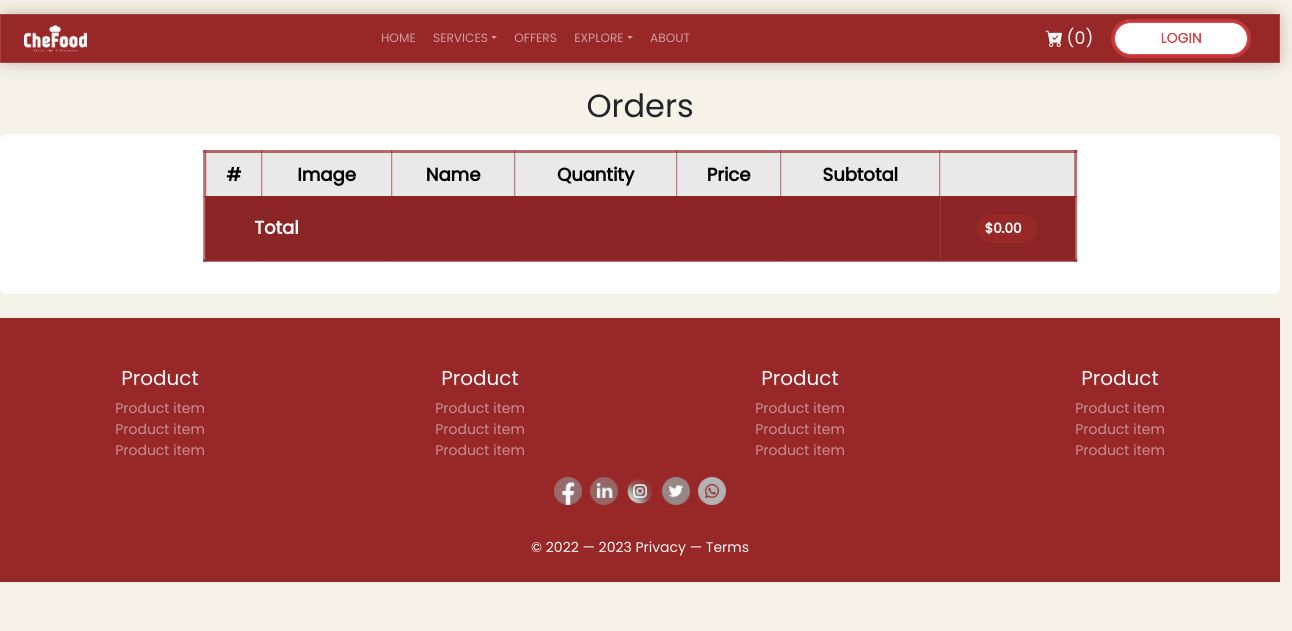
Repository: qamchamine/chefood
Page: /cart (app in front-end/)
The author's editor kept a copy of each file at every save. The page is drawn from the files as they stood at one save, then again after a run of saves.
The browser window is 1280 px wide. The page is 1292 px wide, so the pictures cover 1292 px, including what lies to the right of the window. The pictures show the whole page.
The project was rebuilt for these pictures with package versions that can differ from the ones it lists, and the page was loaded fresh each time. Some packages were replaced by stand-ins written for this rebuild. Also part of the build but not shown: front-end/src/css/products.css, front-end/src/components/small_components/ProductCard.jsx, front-end/src/components/small_components/AddProduct.jsx, front-end/src/components/pages/sub-pages/Products.jsx, front-end/src/components/small_components/ButtonMain.jsx, front-end/src/components/small_components/HomeCard.jsx, front-end/src/components/small_components/HomeCardFullSection.jsx, front-end/src/components/pages/Home.jsx and 33 more. Imported but missing from the stored project, and not drawn on this page: front-end/src/sounds/applause.mp3, front-end/src/sounds/wheel.mp3.

Above is the page before, as saved 2023-06-25 20:34:58.

### front-end/public/index.html
<!DOCTYPE html>
<html lang="en">
  <head>
    <meta charset="utf-8" />
    <link rel="icon" href="%PUBLIC_URL%/favicon.ico" />
    <meta name="viewport" content="width=device-width, initial-scale=1" />
    <meta name="theme-color" content="#000000" />
    <meta
      name="description"
      content="Web site created using create-react-app"
    />
    <link
    rel="stylesheet"
    href="https://fonts.googleapis.com/css?family=Roboto:400,700"
  />
  <link rel="stylesheet" href="https://cdn.jsdelivr.net/npm/bootstrap-icons@1.10.5/font/bootstrap-icons.css">

    <link rel="apple-touch-icon" href="%PUBLIC_URL%/logo192.png" />
    <link rel="manifest" href="%PUBLIC_URL%/manifest.json" />

    <link rel="stylesheet" href="https://fonts.googleapis.com/icon?family=Material+Icons">

    <link rel="stylesheet" href="https://maxcdn.bootstrapcdn.com/font-awesome/4.7.0/css/font-awesome.min.css">
    <script src="https://code.jquery.com/jquery-3.5.1.min.js"></script>
    <script src="https://cdn.jsdelivr.net/npm/popper.js@1.16.0/dist/umd/popper.min.js"></script>




    <title>React App</title>
  </head>
  <body>

    <div id="root"></div>
<!--     <script src="jquery/jquery-3.6.0.js"></script>  -->
    <script src="https://unpkg.com/sweetalert/dist/sweetalert.min.js"></script>

  </body>
</html>

### front-end/src/config/ShoppingContext.jsx

  import React, { createContext, useState, useEffect } from 'react';
  import Swal from 'sweetalert2'
  import axios from 'axios';

   const ShoppingContext = createContext();

const ShoppingProvider = ({ children }) => {
/*     const [orders,setOrders] = useState([])
     */

/*       function removeFromCart(item){
        setCartItems(cartItems.filter(product => product.id !== item.id));
        Swal.fire({
          position: 'top-end',
          icon: 'success',
          title: 'Your item has been removed',
          showConfirmButton: false,
          timer: 1500
        });
      } */

      return (
    <ShoppingContext.Provider value={
        { /* orders,setOrders */
          /* products,  cartItems, removeFromCart */
        }
      }>      {children}
    </ShoppingContext.Provider>
  );
};
export { ShoppingContext, ShoppingProvider }

### front-end/src/components/Footer.jsx
import React, { useEffect } from 'react'

import Facebook from '../images/icons/facebook.png'
import Linkedin from '../images/icons/linkedin.png'
import Instagram from '../images/icons/instagram.png'
import Twitter from '../images/icons/twitter.png'
import Whatsapp from '../images/icons/whatsapp.png'
import './../css/nav-footer.css';
export default function Footer() {

    return (
        <div className='footer container-fluid' style={{ background: '#982727' }}>
            <footer className=' py-2 pt-5 d-grid text-light'>
                <div className='row justify-content-around text-center '>
                    <div className='d-grid col-6 col-sm-12 col-md-6 col-lg-4 col-xl-3'>
                        <h5>Product</h5>
                        <a className='text-decoration-none text-light opacity-50' href="">Product item</a>
                        <a className='text-decoration-none text-light opacity-50' href="">Product item</a>
                        <a className='text-decoration-none text-light opacity-50' href="">Product item</a>
                    </div>
                    <div className='d-grid col-6 col-sm-12 col-md-6 col-lg-4 col-xl-3'>
                        <h5>Product</h5>
                        <a className='text-decoration-none text-light opacity-50' href="">Product item</a>
                        <a className='text-decoration-none text-light opacity-50' href="">Product item</a>
                        <a className='text-decoration-none text-light opacity-50' href="">Product item</a>
                    </div>
                    <div className='d-grid col-6 col-sm-12 col-md-6 col-lg-4 col-xl-3'>
                        <h5>Product</h5>
                        <a className='text-decoration-none text-light opacity-50' href="">Product item</a>
                        <a className='text-decoration-none text-light opacity-50' href="">Product item</a>
                        <a className='text-decoration-none text-light opacity-50' href="">Product item</a>
                    </div>
                    <div className='d-grid col-6 col-sm-12 col-md-6 col-lg-4 col-xl-3'>
                        <h5>Product</h5>
                        <a className='text-decoration-none text-light opacity-50' href="">Product item</a>
                        <a className='text-decoration-none text-light opacity-50' href="">Product item</a>
                        <a className='text-decoration-none text-light opacity-50' href="">Product item</a>
                    </div>
                </div>
                <div className='footer-icons row justify-content-center py-3 '>
                    <div className='d-flex gap-2 justify-content-center'>
                        <a href=""> <img src={Facebook} className='footer-icon' alt="" /> </a>
                        <a href=""> <img src={Linkedin} className='footer-icon' alt="" /> </a>
                        <a href=""> <img src={Instagram} className='footer-icon' alt="" /> </a>
                        <a href=""> <img src={Twitter} className='footer-icon' alt="" /> </a>
                        <a href=""> <img src={Whatsapp} className='footer-icon' alt="" /> </a>

                    </div>
                </div>
                <div className='row justify-content-center py-3'>
                    © 2022 — 2023 Privacy — Terms
                </div>
            </footer>
        </div>

    )
}

### front-end/src/components/small_components/shopping/Cart.jsx
import React,{useContext ,useEffect, useState} from 'react';
import axios from 'axios';
import '../../../css/cart.css'
import { ShoppingContext } from '../../../config/ShoppingContext';
import { LoginContext } from '../../../config/LoginContext';
import { getProd } from '../../pages/sub-pages/Products';
export default function Cart() {
    const {orders, setOrders} = useContext(LoginContext);
    const {prod, setProd} = useContext(LoginContext);
    const {userData, setUserData} = useContext(LoginContext);
    const {isLoggedIn} = useContext(LoginContext);
    const {loading, setLoading} = useContext(LoginContext);
    const [userOrders, setUserOrders] = useState([]);

/* useEffect(() => {
  setUserOrders(orders.filter(el=>el.user_id === 1))

  console.log(userOrders);
},[]); */

    return (
        <div className="row my-4 cart-page ">
            <h2 className='text-center'>Orders</h2>
            <div className="col-md-12">
                <div className="card">
                    <div className="card-body">
                        <table className="table table-light ajouterPanierTable table-bordered">
                            <thead>
                                <tr>
                                    <th >#</th>
                                    <th >Image</th>
                                    <th >Name</th>
                                    <th >Quantity</th>
                                    <th >Price</th>
                                    <th>Subtotal</th>
                                    <th ></th>
                                </tr>
                            </thead>
                            <tbody>
                            { isLoggedIn?orders.map((item,i) => (
                                    <tr key={item.id}>

                                        <th scope="row">{i+1}</th>
                                        <td>
                {/*                             <img src={require(`../../../images/products/${prod.find(el=>el.id==item.product_id).category} (${prod.find((el,i)=>el.id===item.product_id).img}).png`)} alt={item.product_name}
                                                className="img-fluid rounded"
                                                width={60} height={60} /> */}
                                        </td>
                                        <td>{item.product_name}</td>
                                        <td>

                                            <b className="mx-2">
                                                {item.product_quantity}
                                            </b>

                                        </td>
                                        <td>{prod.find((el,i)=>el.id===item.product_id).price} <b>MAD</b> </td>
                                       <td>{(item.product_quantity * prod.find((el,i)=>el.id===item.product_id).price).toFixed(2)} MAD</td>
                                        <td>
                                            <i
                                                className="bi bi-cart-x text-danger"
                                                style={{cursor: 'pointer'}}
                                          /*       onClick={() => removeFromCart(item)} */
                                            ></i>
                                        </td>
                                    </tr>
                                )): ''
                            }
                            <tr className='cart-footer'>
                                <th  colSpan={6} className="text-start ps-5 text-light" style={{background:'#982727'}}>
                                    Total
                                </th>
                                <th style={{background:'#982727'}} colSpan={1} className=" py-3 text-light">
                                    <span style={{background:'#982727'}} className="badge text-center p-2 rounded-pill pe-3"
                                    >
                                        $
                                        {
                                            orders.reduce((acc,item) => acc += item.product_quantity * prod.find((el,i)=>el.id===item.product_id).price,0).toFixed(2)
                                        }
                                    </span>
                                </th>
                            </tr>
                            </tbody>
                        </table>
                    </div>
                </div>
            </div>
        </div>
    )
}

### front-end/src/css/home.css
.homeBG {
    height: fit-content;
    position: relative;
    right: -10%;
    top: 34%;
    z-index: -1;
    width: 100em !important;


}
@font-face {
    font-family: 'poppin';
    src: url('../fonts/Poppins/Poppins-Regular.ttf') ;
    font-weight: normal;
    font-style: normal;
  }
body {
    font-family:'poppin', sans-serif !important;
    background-color: #F7F2E7 !important;
    max-width: 100vw;
    font-weight: normal !important;
    overflow-x: hidden;
    font-size: 14px !important;
}

body::-webkit-scrollbar {
    width: 0;
}

.nb {
/*     position: fixed; */
/*     top: 1em; */
    background-color: #982727 !important;
    box-shadow: 0 0px 20px #1f020241;
    border: 1px solid #ffffff22;
}

.navbar {
    background-color: #982727 !important;
}

.changeColor {
    background-color: blue !important;
}

.signUP {
    background: white !important;
    color: #982727 !important;
    font-weight: bold !important;
    outline: 5px solid #982727ab;
    outline-offset: -2px;
    transition: 500ms ease;


}

.homeContent {
    height: 90vh;
    z-index: 0;
    margin-top: -1.5em !important;
}

.homeContent h1 {
    color: #F7F2E7;
    text-align: start;
width: 40vw !important;
}

.homeContent h1 span {
    position: relative;
    display: inline-block;
    margin-bottom: 10px;
    padding: 4px 20px 8px;
    transition: 1s ease;
}

.homeContent h1 span::before {
    content: '';
    position: absolute;
    background: #982727;
    left: 0;
    top: 0;
    z-index: -1;
    width: 100%;
    height: 100%;
    transform: skew(-10deg);
}

.homeContent h1 span:last-child::before {
    transform: skew(10deg);
}

.homeContent p {
    width: 72%;
    color: #982727;
    text-align: left;
}

.homeContent .homeMainButtons {
    width: 72%;
}

.cardBtn {
    transition: 1s ease;
}

.cardBtn:hover {
    filter: brightness(130%);

}

.cardBtn i {
    left: 63%;
    transition: 300ms ease;
}

.cardBtn:hover i {
    left: 75%;
}

.btnMain:hover {
    filter: brightness(130%);
}

.card-img-top {
    object-fit: cover;
}

.signUP:hover {

    background: #982727 !important;
    color: white !important;
    font-weight: bold !important;
    outline: 5px solid #ffffff55;
    outline-offset: -4px;
}

.cardsGroup:not(:first-child) {
    translate: 50% 0;
}

.arrow-1-1 {
    position: absolute;
    top: 50%;
    left: 0;
}

.home .carousel-control-prev-icon,
.home .carousel-control-next-icon {

    width: 1.3em;
    height: 1.3em;
    color:black !important;

    outline: 12px solid #982929;
    outline-offset: -1px;
    background-color: #982929;
    background-size: 100%, 100%;
    border-radius: 50%;
    box-shadow: 0 0 10px black;
}

.home .carousel-control-prev,
.home .carousel-control-next {
    z-index: 10;
    width: 4em !important;
/*     background: red; */

}

/* .py-4 {
    padding-top: 0rem !important;
    padding-bottom: 0rem !important;
} */

.nb{
    zoom:87%;
}

### front-end/src/css/cart.css
.ajouterPanierTable td{
    font-size: .9em;
    width: fit-content !important;
    text-align: center;
}
.ajouterPanierTable th{
    width: fit-content !important;
    text-align: center;
    background: rgba(0, 0, 0, 0.088) !important;
}
.ajouterPanierTable .cart-footer{
    background: #982727 !important;
    vertical-align: middle !important;
}

.ajouterPanierTable {
width: 70% !important;
position: relative;
left: 50%;
translate: -50% 0;
border: .2em solid #982727aa !important;
}
.cart-page .card {
    box-shadow:none;
}

### front-end/src/css/Reviews.css
.Reviews-color
{
  color : #982727;
  text-transform: uppercase;
  letter-spacing: 0.5em;
}
.Reviews-paragraph
{
  font-size: 0.8em;
}
.parent-card{
    margin-top:50px !important;
}
.card
{
    border: none !important;
    box-shadow: 0 4px 8px 0 rgba(0, 0, 0, 0.2), 0 6px 20px 0 rgba(0, 0, 0, 0.19);
}
.user-name
{
    color : #000D7E;
}
.description
{
    color: #982727;
    font-size: 0.75em;
}
.comment{
    margin:5px;
    font-size:0.55em;
}
.reviewCardImage{
    margin-top:16px;
}
.reviewCard:hover .reviewCardImage{
    scale:1.2;
    margin-inline:.3em;
}
.reviewCard:hover .reviewCardImage{
    transition:300ms ease;
}
.reviewCard:hover .hoverstar{
    scale:1.2;
    margin-inline:.3em;
}
.reviewCard .hoverstar{
    transition:300ms ease;
}
.reviewCardImage{
    width:40%;
    transition:300ms ease;
}

.reviewCard strong{
    left:50%;
    translate:-50% 0;
    width:100%;
    bottom:.9em;
}

.the-bottom-page{
    margin-top:25px;
    position: absolute;
    left: auto;
    right: 0;
}

@media (max-width: 1200px) { /* Extra large devices (large desktops, 1200px and up) */
    .card {
      width: 100%;
    }
    .col-4 {
      width: 33.33333333%;
    }
    strong img{
        width: 19px;
    }
  }
  @media (max-width: 1118px) { /* Large devices (desktops, 992px and up) */
    .card {
      width: 100%;
    }
    .col-4 {
        width: 33.33333333%;
    }
    strong img{
        width: 16px;
    }
  }
  @media (max-width: 992px) { /* Medium devices (tablets, 768px and up) */
    .card {
        width: 140%;
    }
  }
  @media (max-width: 770px) { /* Medium devices (tablets, 768px and up) */
    .card {
        width: 95%;
    }
    .col-4 {
        width: 25% !important;
    }
    .parent-card
    {
        --bs-gutter-x: 0.5rem;
        display: grid !important;
        grid-template-columns: repeat(2, 1fr);
    }
    .col-4 {
        margin-top:10px !important;
        width: 60% !important;
    }
  }
  @media (max-width: 716px) { /* Small devices (landscape phones, 576px and up) */

    .card {
        width: 95%;
    }
        strong img{
        width: 16px;
    }
  }
  @media only screen and (max-width: 576px){ /* Small devices (landscape phones, 576px and up) */

    .card {
        width: 95%;
    }
    .col-md-2 {
        flex: 0 0 16.666667%;
        max-width: 16.666667%;
    }
    strong img{
        width: 16px;
    }
  }

  @media only screen and (max-width: 528px){ /* Small devices (landscape phones, 576px and up) */

    .card {
        width: 70%;
        margin-left:30px;
    }
    .parent-card
    {
        --bs-gutter-x: 0.5rem;
        display: grid !important;
        grid-template-columns: repeat(1, 1fr);
    }
    .col-md-2 {
        flex: 0 0 16.666667%;
        max-width: 16.666667%;
    }
    strong img{
        width: 16px;
    }
  }

  @media only screen and (max-width: 365px){ /* Small devices (landscape phones, 576px and up) */

    .card {
        width: 80%;
        margin-left:20px;
    }
    .parent-card
    {
        --bs-gutter-x: 0.5rem;
        display: grid !important;
        grid-template-columns: repeat(1, 1fr);
    }
    .col-md-2 {
        flex: 0 0 16.666667%;
        max-width: 16.666667%;
    }
    strong img{
        width: 16px;
    }
  }

### front-end/src/css/location.css
@import url('https://fonts.googleapis.com/css2?family=Roboto:wght@100&display=swap');

.location-color
{
  color : #982727;
  text-transform: uppercase;
  letter-spacing: 0.3em;
}
.where-restorant
{
    width: 459px;
    margin:auto;
}
.restorant-location-title{
    font-family: 'Century Gothic';
    font-size:32px;
    font-weight:400;
}
.restorant-location-line{
    background:#B12222;
    height: 3px;
    width: 450px;
    display: inline-block;
    margin: 15px auto;
}
.restorant-location-p
{
    color:#000000 75%;
    font-size: 15px;
    font-weight: 400;
    font-family: 'Roboto', sans-serif;
}
.main-location{
    display: grid !important;
    grid-template-columns: repeat(2, 1fr);
    flex-direction: column;
    justify-content: center;
    align-items: center;
    text-align:center;
}
.restorant-location-btn{
    background-color: #B12222;
    border: none;
    width: 300px;
    height: 40px;
    border-radius: 15px;
    color: #fff;
}
.restorant-location-btn:hover{
    background-color: #fff;
    border: 2px solid #B12222;
    border-radius: 15px;
    color: #B12222;
}
.location-icon{
    margin-right: 15px;
}


  @media (max-width: 1123px) { /* Extra large devices (large desktops, 1200px and up) */
    .earth-image img{
        width: 450px;
    }
  }
  @media (max-width: 992px) { /* Medium devices (tablets, 768px and up) */
    .earth-image img{
        width: 400px;
    }
    .where-restorant {
        width: 400px;
        margin: auto;
    }
    .restorant-location-line{
        width: 350px;
        display: inline-block;
    }
  }
  @media (max-width: 868px) { /* Medium devices (tablets, 768px and up) */

    .earth-image img{
        width: 380px;
    }
    .where-restorant {
        width: 380px;
        margin: auto;
    }
    .restorant-location-line{
        width: 320px;
        display: inline-block;
    }
    .restorant-location-p{
        font-size: 13px;
    }
    .restorant-location-title{
        font-size:28px;
    }

  }
  @media (max-width: 783px) { /* Small devices (landscape phones, 576px and up) */
    .earth-image img{
        margin-top: 30px;
        width: 380px;
    }
    .where-restorant {
        width: 380px;
        margin: auto;
    }
    .restorant-location-line{
        width: 320px;
        display: inline-block;
    }
    .restorant-location-p{
        font-size: 15px;
    }
    .restorant-location-title{
        font-size:32px;
    }
    .main-location{
        display: grid !important;
        grid-template-columns: repeat(1, 1fr);
        justify-items: center;
        text-align:center;
    }
  }
  @media(max-width: 401px){ /* Small devices (landscape phones, 576px and up) */
    .earth-image img{
        width: 330px;
        margin-top: 30px;
    }
    .where-restorant {
        width: 330px;
        margin: auto;
    }
    .restorant-location-line{
        width: 320px;
        display: inline-block;
    }
    .restorant-location-p{
        font-size: 13px;
    }
    .restorant-location-title{
        font-size:28px;
    }
    .main-location{
        display: grid !important;
        grid-template-columns: repeat(1, 1fr);
        justify-items: center;
        text-align:center;
    }
  }

### front-end/src/css/Timer.css

@import url(https://fonts.googleapis.com/css?family=Titillium+Web:400,200,200italic,300,300italic,900,700italic,700,600italic,600,400italic);

/* .timer {
  font-family: 'Titillium Web', cursive;
  width: 800px;
  margin: 0 auto;
  text-align: center;
  color: white;
  background: #222;
  font-weight: 100;
} */

.timer {
  display: inline-flex;
  line-height: 1;
  padding: 20px;
  font-size: 40px;
  font-family: 'Times New Roman', cursive;


}
.timerD{
    border-radius: 2px;
    padding: 5px;
    font-size: 10px;
    border: 70px rgb(131, 55, 55);
    box-shadow:2px 2px 4px rgba(0, 0, 0, 0.4), 4px 4px 8px rgba(0, 0, 0, 0.2);
}

.Stime {
  display: block;
  font-size: 20px;
  color: rgb(206, 178, 19);

}

#days {
  font-size: 80px;
  color: rgb(92, 25, 5);
  background-color:rgb(230, 230, 234);

  margin: 15px;
}
#hours {
  font-size: 80px;
  color: rgb(92, 25, 5);
  background-color:rgb(230, 230, 234);
  margin: 15px;
}
#minutes {
  font-size: 80px;

  color: rgb(92, 25, 5);
  background-color:rgb(230, 230, 234);
  margin: 15px;
}
#seconds {
  font-size: 80px;
  color: rgb(92, 25, 5);
  background-color:rgb(230, 230, 234);
  margin: 15px;
}

### front-end/src/css/delivery.css
.price {
    background: #982727;
    color: white;
    text-align: center;
    padding-block: 1em;
    border-radius: .5em;
}

.delivery-page .card {
    transition: 300ms ease;
    user-select: none;
}

.delivery-page .card ul {
    list-style-type: none;
}

.delivery-page .card:hover {
    filter: contrast(120%);
    cursor: pointer;
    outline: .3em solid #982727;
    box-shadow: 0 .4em 0px .3em #982727 !important;
}

.delivery-page {
    height: fit-content;
    display: flex;
    align-items: center;
    margin-top: 8em !important;
}
.scroll-bar-activated::-webkit-scrollbar {
    display: block !important;
    background: rgba(255, 0, 0, 0) !important;
    width: 1em !important;
}
.scroll-bar-activated{
    overflow: overlay !important;

}
.scroll-bar-activated::-webkit-scrollbar-thumb {
    display: block !important;
    background: linear-gradient(to bottom,transparent 0% 23%,#982727 20% 70%,transparent 50% 100%) !important;
    z-index: 10000000 !important;
    width: 10px !important;
}

.delivery-page>div {
    height: fit-content;
    position: relative;

}

.delivery-page>div:last-child h5 img {
    height: 11em;
}

h1.section-2{
    margin-top: 4em ;
}
.cards2{
    margin-bottom: 5em ;
}
h1{
    text-transform: uppercase;
    color: #6a2626;;
}

Loaded but not shown: front-end/src/index.css (common file); front-end/src/config/LoginContext.js (93 lines, source omitted); front-end/src/App.js (42 lines, source omitted); front-end/src/index.js (24 lines, source omitted); front-end/src/css/reservation.css (400 lines, source omitted); front-end/src/components/Navbar.jsx (179 lines, source omitted); front-end/src/css/nav-footer.css (258 lines, source omitted); front-end/src/css/contactus.css (178 lines, source omitted)

After the next 3 saves:
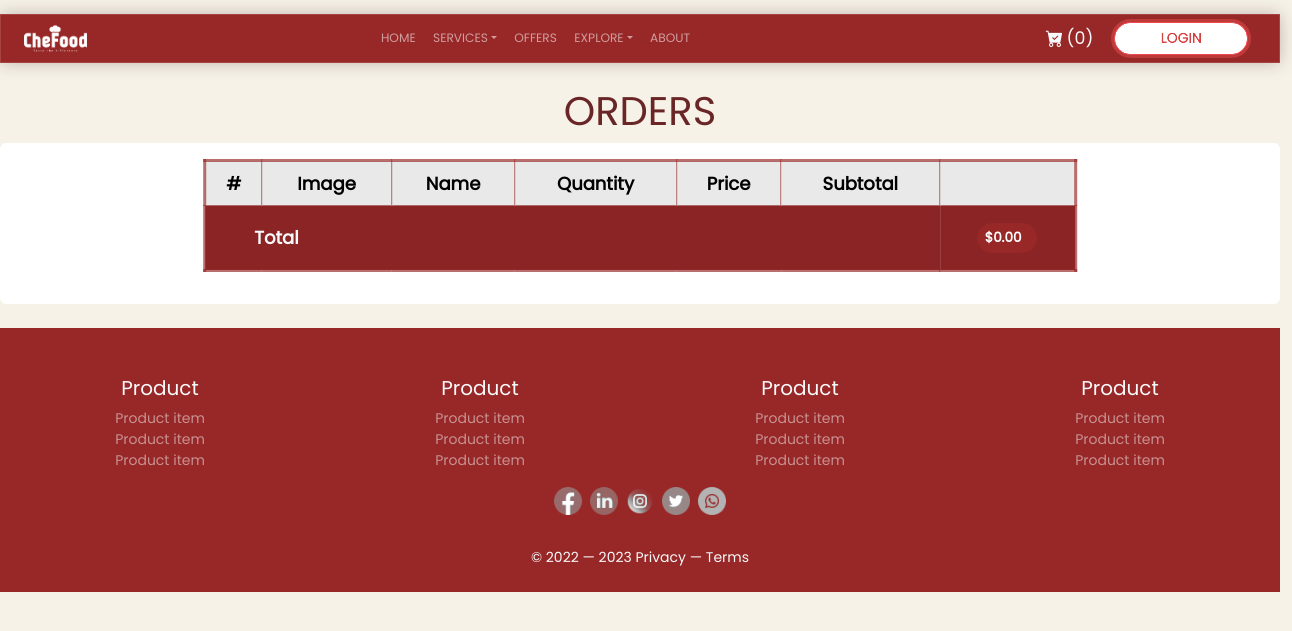
The 3 saves are shown as one change because 1 did not build or start and some came seconds apart.
The last was saved 11 s later.
--- a/front-end/src/components/small_components/shopping/Cart.jsx
+++ b/front-end/src/components/small_components/shopping/Cart.jsx
@@ -20,7 +20,7 @@ export default function Cart() {
 
     return (
         <div className="row my-4 cart-page ">
-            <h2 className='text-center'>Orders</h2>
+            <h1 className='text-center'>Orders</h1>
             <div className="col-md-12">
                 <div className="card">
                     <div className="card-body">
